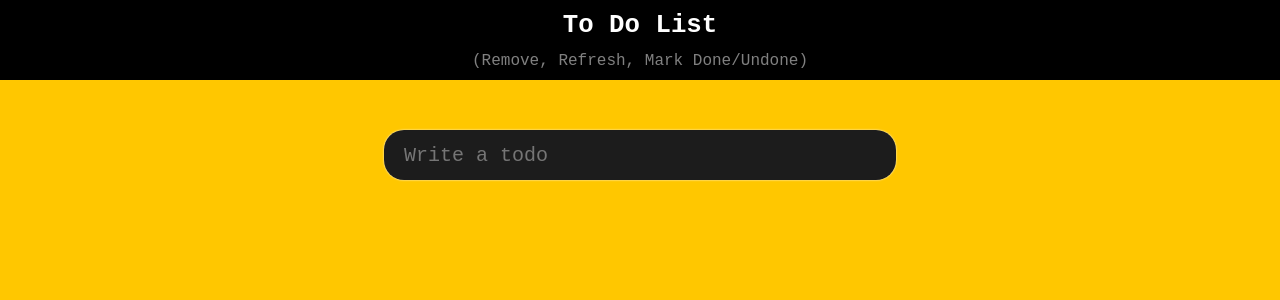
Repository: ThisIsSahaj/Js-Projects
Page: ToDoList/index.html
These files come from the project's save history. The page is drawn as it stood at one moment and after the next save; the edit follows.
The browser window is 1280 px wide. The pictures show the whole page.

Above is the page before, as saved 2024-04-24 09:36:51.

After the next save:
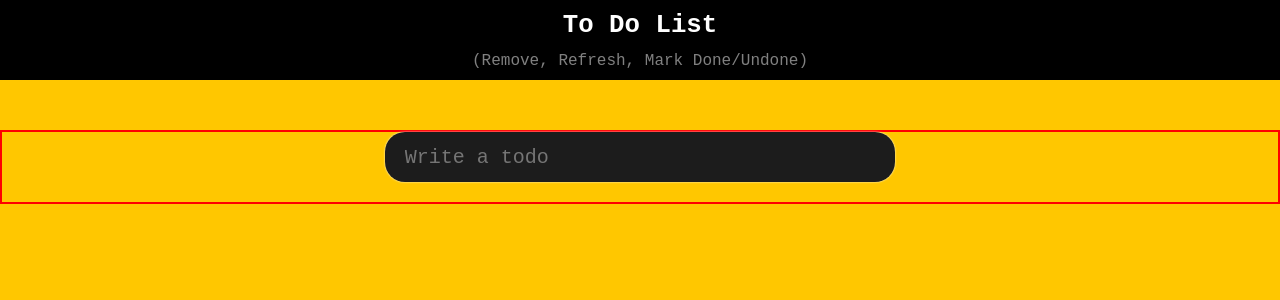
Saved 55 s later.
--- a/ToDoList/style.css
+++ b/ToDoList/style.css
@@ -34,7 +34,7 @@
 }
 
 .box{
-    /* border: 2px solid red; */
+    border: 2px solid red;
     margin-top: 50px;
     width: 100%;
     display: flex;

After the save that followed:
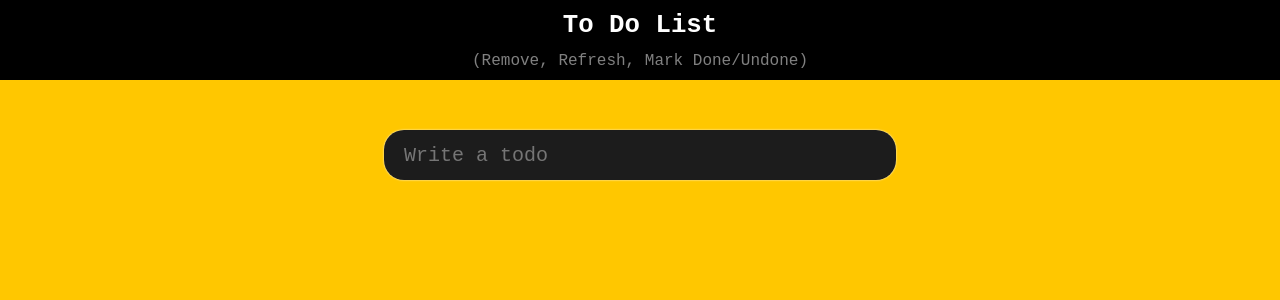
Saved 4 s later.
--- a/ToDoList/style.css
+++ b/ToDoList/style.css
@@ -34,7 +34,7 @@
 }
 
 .box{
-    border: 2px solid red;
+    /* border: 2px solid red; */
     margin-top: 50px;
     width: 100%;
     display: flex;
